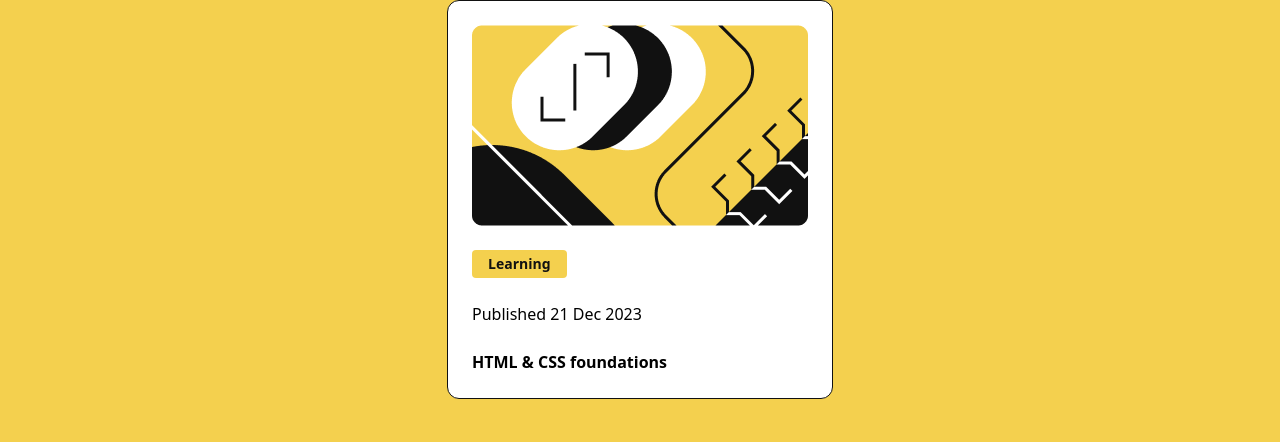
Repository: orcunelektirikci/fe-mentor-blogprev
Page: index.html
These files come from the project's save history. The page is drawn as it stood at one moment and after a run of saves; the edit follows.
The browser window is 1280 px wide. The pictures show the whole page.
Some web libraries are served in a nearby version.

Above is the page before, as saved 2024-04-12 16:52:00.

### index.html
<!DOCTYPE html>
<html lang="en">
<head>
    <meta charset="UTF-8">
    <meta name="viewport" content="width=device-width, initial-scale=1.0">
    <title>Blog Preview</title>
    <link rel="stylesheet" href="assets/css/style.css">
    <script src="https://cdn.tailwindcss.com"></script>

</head>
<body class="bg-yellow flex items-center justify-center">

    <div class="bg-white border-[1px] rounded-xl border-black p-6 flex flex-col justify-evenly space-y-6">
        <img src="assets/img/blogimage.png" alt="">
        <button class="bg-yellow rounded font-semibold text-black text-sm py-1 px-4 max-w-min" type="button">Learning</button>
        <p class="text-md">Published 21 Dec 2023</p>
        <h2 class="font-bold">HTML & CSS foundations</h2>
    </div>

    <script src="/assets/js/main.js"></script>
</body>
</html>

### assets/css/style.css
@layer base {
    @font-face {
        font-family: 'Outfit';
        font-optical-sizing: auto;
        src: url('https://fonts.googleapis.com/css2?family=Figtree:ital,wght@0,300..900;1,300..900&display=swap');
    }
}

### assets/js/main.js
   tailwind.config = {
      theme: {
        fontFamily: {
          body: 'Figtree, sans-serif'
        },
        extend: {
          colors: {
            black: '#111',
            yellow: '#F4D04E',
            grey: '#7F7F7F',
            white: '#fff'
          }
        }
      }
    }

After the next 2 saves:
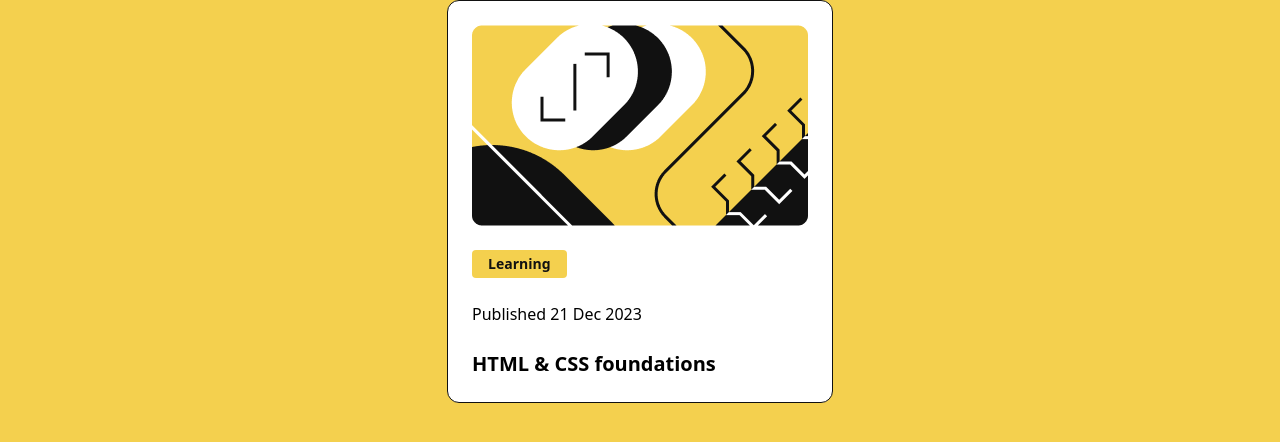
The 2 saves are shown as one change because they came seconds apart.
The last was saved 14 s later.
--- a/index.html
+++ b/index.html
@@ -14,7 +14,7 @@
         <img src="assets/img/blogimage.png" alt="">
         <button class="bg-yellow rounded font-semibold text-black text-sm py-1 px-4 max-w-min" type="button">Learning</button>
         <p class="text-md">Published 21 Dec 2023</p>
-        <h2 class="font-bold">HTML & CSS foundations</h2>
+        <h2 class="font-bold text-xl">HTML & CSS foundations</h2>
     </div>
 
     <script src="/assets/js/main.js"></script>
